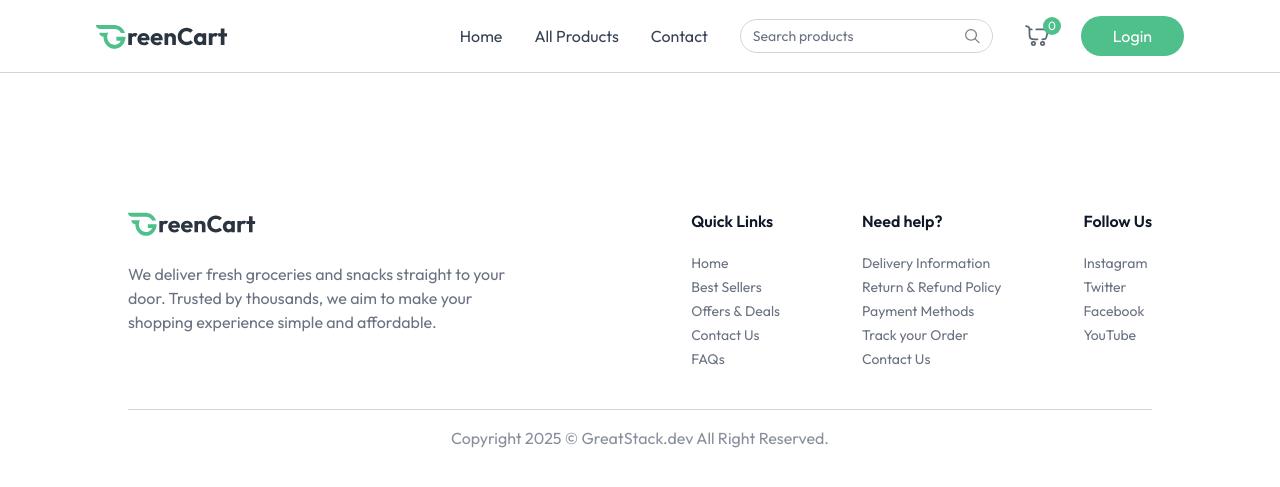
Repository: deepak445566/agro
Page: /cart (app in client/)
These files come from the project's save history. The page is drawn as it stood at one moment and after a run of saves; the edit follows.
The browser window is 1280 px wide. The pictures show the whole page.
The page's requests for data from a server got no answer. Some web fonts or font styles are not loaded; a fallback is used. The project was rebuilt for these pictures with package versions that can differ from the ones it lists, and the page was loaded fresh each time. No one was signed in, and anything a server would have sent is missing. Also part of the build but not shown: client/vite.config.js, client/src/components/MainBanner.jsx, client/src/components/ProductCard.jsx, client/src/components/BestSeller.jsx, client/src/components/BottomBanner.jsx, client/src/components/NewsLetter.jsx, client/src/pages/Home.jsx, client/src/components/Login.jsx and 12 more.

Above is the page before, as saved 2025-12-14 14:23:51.

### client/index.html
<!doctype html>
<html lang="en">
  <head>
    <meta charset="UTF-8" />
    <link rel="icon" type="image/svg+xml" href="/favicon.svg" />
    <meta name="viewport" content="width=device-width, initial-scale=1.0" />
    <title>Grocery</title>
  </head>
  <body>
    <div id="root"></div>
    <script type="module" src="/src/main.jsx"></script>
  </body>
</html>

### client/src/main.jsx
import { StrictMode } from 'react'
import { createRoot } from 'react-dom/client'
import './index.css'
import App from './App.jsx'
import {BrowserRouter} from 'react-router-dom'
import { AppContextProvider } from './context/AppContext.jsx'


createRoot(document.getElementById('root')).render(
  <BrowserRouter>
  <AppContextProvider>
    <App />
    </AppContextProvider>
 </BrowserRouter>,
)

### client/src/index.css



@import url('https://fonts.googleapis.com/css2?family=Anton&family=Archivo+Black&family=Bebas+Neue&family=Bungee&family=Exo+2:ital,wght@0,100..900;1,100..900&family=Frijole&family=Kaushan+Script&family=Lilita+One&family=Mozilla+Headline:wght@200..700&family=Outfit:wght@100..900&family=Poppins:ital,wght@0,100;0,200;0,300;0,400;0,500;0,600;0,700;0,800;0,900;1,100;1,200;1,300;1,500;1,600;1,700;1,800;1,900&family=Rowdies:wght@300;400;700&family=Signika+Negative:wght@300..700&display=swap');

@import "tailwindcss";

*{
  font-family: "Outfit", sans-serif;
}
@theme {
  --color-primary:#4fbf8b;
  --color-primary-dull: #44ae7c;
}

### client/src/App.jsx
import React from 'react'
import Navbar from './components/Navbar'
import Home from './pages/Home'
import { Route, Routes, useLocation } from 'react-router-dom'
import { Toaster } from 'react-hot-toast';
import Footer from './components/Footer';
import { useAppContext } from './context/AppContext';
import Login from './components/Login';
import AllProduct from './pages/AllProduct';
import Productcato from './pages/Productcato';
import ProductDetail from './pages/ProductDetail';
import Cart from './pages/Cart';
import Addaddress from './components/Addaddress';
import Myorders from './pages/Myorders';
import SellerLogin from './components/seller/SellerLogin';
import SellerLayout from './pages/seller/SellerLayout';
import Addproduct from './pages/seller/Addproduct';
import ProductList from './pages/seller/ProductList';
import Order from './pages/seller/Order';
import Loading from './components/Loading';

function App() {

  const isSellerPath = useLocation().pathname.includes("seller");
const {showLogin,isSeller} =useAppContext();


  return (
  <>
  <div className='text-default min-h-screen text-gray-700 bg-white'>
{isSellerPath ? null : <Navbar/>}
{showLogin ? <Login/> : null}
<Toaster></Toaster>
<div className={` ${isSellerPath ? " ":"px-6 md:px-16 lg:px-24 xl:px-32" }`}>
  <Routes>
    <Route path='/' element={<Home/>}/>
    <Route path='/products' element={<AllProduct/>}/>
    <Route path='/products/:category' element={<Productcato/>}/>
    <Route path='/products/:category/:id' element={<ProductDetail/>}/>
  <Route path='/cart' element={<Cart/>}/>
  <Route path='/add-address' element={<Addaddress/>}/>
  <Route path='/myOrders' element={<Myorders/>}/>
<Route path="/loader" element={<Loading/>}/>



  <Route path='/seller' element={isSeller?<SellerLayout/> :<SellerLogin/>}>
  <Route index element={isSeller?<Addproduct/>:null} />
<Route path='product-list' element={isSeller?<ProductList/>:null} />
<Route path='orders' element={<Order/>}/>



  </Route>


  </Routes>
</div>
 {!isSellerPath && <Footer />}
</div>
  </>
  )
}

export default App

### client/src/context/AppContext.jsx
import { createContext, useContext, useEffect, useState } from "react";
import { useNavigate } from "react-router-dom";

import toast from "react-hot-toast";
import axios from "axios";


axios.defaults.withCredentials = true;
axios.defaults.baseURL = import.meta.env.VITE_BACKEND_URL;






export const AppContext = createContext();

export const AppContextProvider = ({ children }) => {
  const navigate = useNavigate();

  const [user, setUser] = useState(null);
  const [isSeller, setIsSeller] = useState(false);
  const [showLogin, setShowLogin] = useState(false);
  const [products, setProducts] = useState([]);
  const [cartItems, setCartItems] = useState({});
  const [search, setSearch] = useState({});

  //status//
  const fetchSeller = async () =>{
    try {
      const {data} = await axios.get("/api/seller/isauth");
      if(data.success){
        setIsSeller(true);
      }
      else{
        setIsSeller(false);
      }
    } catch (error) {
      setIsSeller(false);
    }
  }



  const fetchUser = async ()=>{
    try {
      const {data} = await axios.get('/api/user/isauth');
      if(data.success){
        setUser(data.user)
        setCartItems(data.user.cartItems)

      }
    } catch (error) {
      setUser(null)
    }
  }


  // Fetch products
  const fetchProducts = async () => {
   try{
const {data} = await axios.get("/api/product/list")
if(data.success){
  setProducts(data.products)
}else{
  toast.error(data.message)
}
   }catch(error){
toast.error(error.message)
   }
  };

  // Add to cart
  const addToCart = (itemId) => {
    let cartData = structuredClone(cartItems);
    if (cartData[itemId]) {
      cartData[itemId] += 1;
    } else {
      cartData[itemId] = 1;
    }
    setCartItems(cartData);
    console.log(cartItems);
    toast.success("Added to Cart");
  };

  // Update cart quantity
  const updateCart = (itemId, quantity) => {
    let cartData = structuredClone(cartItems);
    if (quantity <= 0) {
      delete cartData[itemId];
    } else {
      cartData[itemId] = quantity;
    }
    setCartItems(cartData);
  };

  // Remove product from cart completely
  const removeFromCart = (itemId) => {
    let cartData = structuredClone(cartItems);
    if (cartData[itemId]) {
      delete cartData[itemId];
      setCartItems(cartData);
      toast.success("Removed from Cart");
    }
  };

  const getcount = () => {
    let totalcount = 0;
    for (const item in cartItems) {
      totalcount += cartItems[item];
    }
    return totalcount;
  };

  const gettotal = () => {
    let totalAmount = 0;
    for (const itemId in cartItems) {
      let itemInfo = products.find((pro) => pro._id === itemId);
      if (itemInfo && cartItems[itemId] > 0) {
        totalAmount += itemInfo.offerPrice * cartItems[itemId]; // ✅ fixed property name
      }
    }
    return Math.floor(totalAmount * 100) / 100;
  };

  useEffect(() => {
    fetchSeller()
    fetchUser()
    fetchProducts()
  }, []);
//databasecrt items//
useEffect(()=>{
const updateCart = async () => {
  try {
    const { data } = await axios.post('/api/cart/update', {
      userId: user._id,   // make sure user object has _id
      cartItems
    });
    if (!data.success) {
      toast.error(data.message);
    }
  } catch (error) {
    toast.error(error.message);
  }
};

if(user){
  updateCart()
}


},[cartItems])



  const value = {
    navigate,
    user,
    setUser,
    isSeller,
    setIsSeller,
    showLogin,
    setShowLogin,
    products,
    addToCart,
    updateCart,
    removeFromCart, // ⬅ new function
    cartItems,
    search,
    setSearch,
    getcount,
    gettotal,
    axios,
    fetchProducts,
    setCartItems
  };

  return <AppContext.Provider value={value}>{children}</AppContext.Provider>;
};

// Custom hook
export const useAppContext = () => {
  return useContext(AppContext);
};

### client/src/components/Navbar.jsx
import React, { useEffect } from 'react'
import { NavLink } from 'react-router-dom'
import { assets } from '../assets/assets'
import { useAppContext } from '../context/AppContext'
import toast from 'react-hot-toast'
function Navbar() {
     const [open, setOpen] = React.useState(false)
     const {user,setUser,setShowLogin,navigate,setSearch,search,getcount,axios}= useAppContext();

     useEffect(()=>{
if(search.length>0){
  navigate("/products")
}
     },[search])


     const Logout=async()=>{

      try{
const {data} = await axios.get("/api/user/logout")
if(data.success){
  toast.success(data.message)
     setUser(null);
      navigate('/')
}else{
  toast.error(data.message)
}
      }catch(error){
toast.error(error.message)
      }

     }
  return (
  <>
 <nav className="flex items-center justify-between px-6 md:px-16 lg:px-24  py-4 border-b border-gray-300 bg-white relative transition-all z-40">

          <NavLink to='/' onClick={()=>setOpen(false)}>
            <img src={assets.logo}/>
          </NavLink>

            {/* Desktop Menu */}
            <div className="hidden sm:flex items-center gap-8">
              <NavLink to="/">Home</NavLink>
                <NavLink to="/products">All Products</NavLink>
                  <NavLink to="/">Contact</NavLink>

                <div className="hidden lg:flex items-center text-sm gap-2 border border-gray-300 px-3 rounded-full">
                    <input onChange={(e)=>setSearch(e.target.value)} className="py-1.5 w-full bg-transparent outline-none placeholder-gray-500" type="text" placeholder="Search products" />
                   <img src={assets.search_icon} className='w-4 h-4'/>
                </div>

                <div onClick={()=>navigate("/cart")} className="relative cursor-pointer ">
                   <img src={assets.nav_cart_icon} className='w-6 opacity-80'/>
                    <button className="absolute -top-2 -right-3 text-xs text-white bg-primary w-[18px] h-[18px] rounded-full">{getcount()}</button>
                </div>

                {!user ? (<button onClick={()=>setShowLogin(true)} className="cursor-pointer px-8 py-2 bg-primary hover:bg-primary-dull transition text-white rounded-full">
                    Login
                </button>):(
                  <div className='relative group'>

                    <img src={assets.profile_icon} className='w-10'/>
                    <ul className='hidden group-hover:block absolute top-10 right-0 bg-white shadow border border-gray-200  py-2.5 w-30 rounded-md text-sm z-40'>
                      <li onClick={()=>navigate("myOrders")} className='p-1.5 pl-3 hover:bg-primary/10 cursor-pointer'>
                        My Orders
                      </li>
                      <li onClick={()=>Logout()} className='p-1.5 pl-3 hover:bg-primary/10 cursor-pointer'>Logout</li>
                    </ul>
                  </div>
                )}
            </div>
<div className='flex items-center gap-6 sm:hidden'>

                <div onClick={()=>navigate("/cart")} className="relative cursor-pointer ">
                   <img src={assets.nav_cart_icon} className='w-6 opacity-80'/>
                    <button className="absolute -top-2 -right-3 text-xs text-white bg-primary w-[18px] h-[18px] rounded-full">{getcount()}</button>
                </div>
    <button onClick={() => open ? setOpen(false) : setOpen(true)} aria-label="Menu" >
                {/* Menu Icon SVG */}
              <img src={assets.menu_icon}/>
            </button>
</div>


            {/* Mobile Menu */}
            <div className={`${open ? 'flex' : 'hidden'} absolute top-[60px] left-0 w-full bg-white shadow-md py-4 flex-col items-start gap-2 px-5 text-sm md:hidden`}>
              <NavLink to="/" onClick={()=>setOpen(false)}>Home</NavLink>
                       <NavLink to="/products" onClick={()=>setOpen(false)}>All Products</NavLink>
                       {user &&
                             <NavLink to="/products" onClick={()=>setOpen(false)}>My Orders</NavLink>}

              <NavLink to="/" onClick={()=>setOpen(false)}>Contact</NavLink>


              {!user?( <button          onClick={()=>{setOpen(false), setShowLogin(true)}}

              className="cursor-pointer px-6 py-2 mt-2 bg-primary hover:bg-primary-dull transition text-white rounded-full text-sm">

                    Login
                </button>):( <button onClick={()=>Logout()} className="cursor-pointer px-6 py-2 mt-2 bg-primary hover:bg-primary-dull transition text-white rounded-full text-sm">
                    Logout
                </button>)}

            </div>

        </nav>
  </>
  )
}

export default Navbar

### client/src/components/Footer.jsx
import React from 'react'
import { assets, footerLinks } from '../assets/assets'

function Footer() {
  return (
 <>
  <div className="px-6 md:px-16 lg:px-24 xl:px-32 mt-24">
            <div className="flex flex-col md:flex-row items-start justify-between gap-10 py-10 border-b border-gray-500/30 text-gray-500">
                <div>
                    <img className="w-34 md:w-32" src={assets.logo} alt="dummyLogoColored" />
                    <p className="max-w-[410px] mt-6">We deliver fresh groceries and snacks straight to your door. Trusted by thousands, we aim to make your shopping experience simple and affordable.</p>
                </div>
                <div className="flex flex-wrap justify-between w-full md:w-[45%] gap-5 ">
                    {footerLinks.map((section, index) => (
                        <div key={index}>
                            <h3 className="font-semibold text-base text-gray-900 md:mb-5 mb-2">{section.title}</h3>
                            <ul className="text-sm space-y-1">
                                {section.links.map((link, i) => (
                                    <li key={i}>
                                        <a href={link.url} className="hover:underline transition">{link.text}</a>
                                    </li>
                                ))}
                            </ul>
                        </div>
                    ))}
                </div>
            </div>
            <p className="py-4 text-center text-sm md:text-base text-gray-500/80">
                Copyright 2025 © <a href="https://prebuiltui.com">GreatStack.dev</a> All Right Reserved.
            </p>
        </div>

 </>
  )
}

export default Footer

### client/src/assets/assets.js
import logo from "./logo.svg";
import search_icon from "./search_icon.svg";
import remove_icon from "./remove_icon.svg";
import arrow_right_icon_colored from "./arrow_right_icon_colored.svg";
import star_icon from "./star_icon.svg";
import star_dull_icon from "./star_dull_icon.svg";
import cart_icon from "./cart_icon.svg";
import nav_cart_icon from "./nav_cart_icon.svg";
import add_icon from "./add_icon.svg";
import refresh_icon from "./refresh_icon.svg";
import product_list_icon from "./product_list_icon.svg";
import order_icon from "./order_icon.svg";
import upload_area from "./upload_area.png";
import profile_icon from "./profile_icon.png";
import menu_icon from "./menu_icon.svg";
import delivery_truck_icon from "./delivery_truck_icon.svg";
import leaf_icon from "./leaf_icon.svg";
import coin_icon from "./coin_icon.svg";
import box_icon from "./box_icon.svg";
import trust_icon from "./trust_icon.svg";
import black_arrow_icon from "./black_arrow_icon.svg";
import white_arrow_icon from "./white_arrow_icon.svg";
import main_banner_bg from "./main_banner_bg.png";
import main_banner_bg_sm from "./main_banner_bg_sm.png";
import bottom_banner_image from "./bottom_banner_image.png";
import bottom_banner_image_sm from "./bottom_banner_image_sm.png";
import add_address_iamge from "./add_address_image.svg";
import organic_vegitable_image from "./organic_vegitable_image.png";
import fresh_fruits_image from "./fresh_fruits_image.png";
import bottles_image from "./bottles_image.png";
import maggi_image from "./maggi_image.png";
import dairy_product_image from "./dairy_product_image.png";
import bakery_image from "./bakery_image.png";
import grain_image from "./grain_image.png";


export const assets = {
  logo,
  search_icon,
  remove_icon,
  arrow_right_icon_colored,
  star_icon,
  star_dull_icon,
  cart_icon,
  nav_cart_icon,
  add_icon,
  refresh_icon,
  product_list_icon,
  order_icon,
  upload_area,
  profile_icon,
  menu_icon,
  delivery_truck_icon,
  leaf_icon,
  coin_icon,
  trust_icon,
  black_arrow_icon,
  white_arrow_icon,
  main_banner_bg,
  main_banner_bg_sm,
  bottom_banner_image,
  bottom_banner_image_sm,
  add_address_iamge,
  box_icon,
};

export const categories = [



  // 🌱 New Categories
  {
    text: "Air Purifier",
    path: "AirPurifier",

    bgColor: "#E8F5E9",
  },
  {
    text: "Spray",
    path: "Spray",

    bgColor: "#FFF3E0",
  },
  {
    text: "Indoor Plants",
    path: "IndoorPlants",

    bgColor: "#E3F2FD",
  },
  {
    text: "Kisaan Charger",
    path: "KisaanCharger",

    bgColor: "#F1F8E9",
  },
  {
    text: "Ceramic Pots",
    path: "CeramicPots",

    bgColor: "#FCE4EC",
  },
  {
    text: "Low Maintenance Plants",
    path: "LowMaintenance",

    bgColor: "#E0F2F1",
  },
  {
    text: "Urea",
    path: "Urea",

    bgColor: "#FFFDE7",
  },
  {
    text: "Fertilizer & DAP",
    path: "Fertilizer",

    bgColor: "#F3E5F5",
  },
];


export const footerLinks = [
  {
    title: "Quick Links",
    links: [
      { text: "Home", url: "#" },
      { text: "Best Sellers", url: "#" },
      { text: "Offers & Deals", url: "#" },
      { text: "Contact Us", url: "#" },
      { text: "FAQs", url: "#" },
    ],
  },
  {
    title: "Need help?",
    links: [
      { text: "Delivery Information", url: "#" },
      { text: "Return & Refund Policy", url: "#" },
      { text: "Payment Methods", url: "#" },
      { text: "Track your Order", url: "#" },
      { text: "Contact Us", url: "#" },
    ],
  },
  {
    title: "Follow Us",
    links: [
      { text: "Instagram", url: "#" },
      { text: "Twitter", url: "#" },
      { text: "Facebook", url: "#" },
      { text: "YouTube", url: "#" },
    ],
  },
];

export const features = [
  {
    icon: delivery_truck_icon,
    title: "Fastest Delivery",
    description: "Groceries delivered in under 30 minutes.",
  },
  {
    icon: leaf_icon,
    title: "Freshness Guaranteed",
    description: "Fresh produce straight from the source.",
  },
  {
    icon: coin_icon,
    title: "Affordable Prices",
    description: "Quality groceries at unbeatable prices.",
  },
  {
    icon: trust_icon,
    title: "Trusted by Thousands",
    description: "Loved by 10,000+ happy customers.",
  },
];



export const dummyAddress = [
  {
    _id: "67b5b9e54ea97f71bbc196a0",
    userId: "67b5880e4d09769c5ca61644",
    firstName: "Great",
    lastName: "Stack",
    email: "user.greatstack@gmail.com",
    street: "Street 123",
    city: "Main City",
    state: "New State",
    zipcode: 123456,
    country: "IN",
    phone: "1234567890",
  },
];

After the next 2 saves:
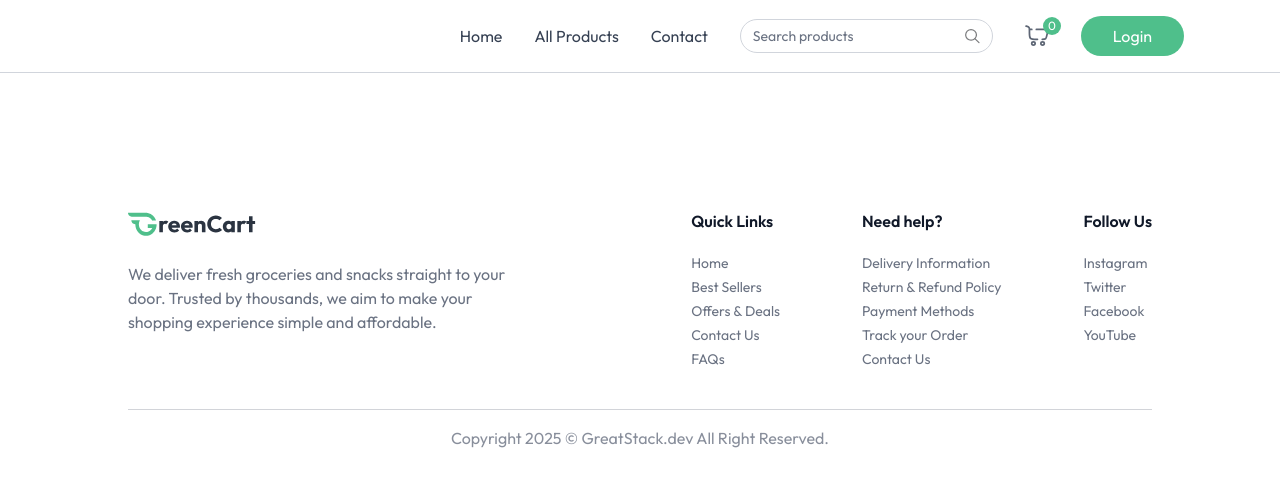
The 2 saves are shown as one change because they came seconds apart.
The last was saved 54 s later.
--- a/client/src/components/Navbar.jsx
+++ b/client/src/components/Navbar.jsx
@@ -35,7 +35,7 @@
  <nav className="flex items-center justify-between px-6 md:px-16 lg:px-24  py-4 border-b border-gray-300 bg-white relative transition-all z-40">
 
           <NavLink to='/' onClick={()=>setOpen(false)}>
-            <img src={assets.logo}/>
+            <img src=""/>
           </NavLink>
 
             {/* Desktop Menu */}
